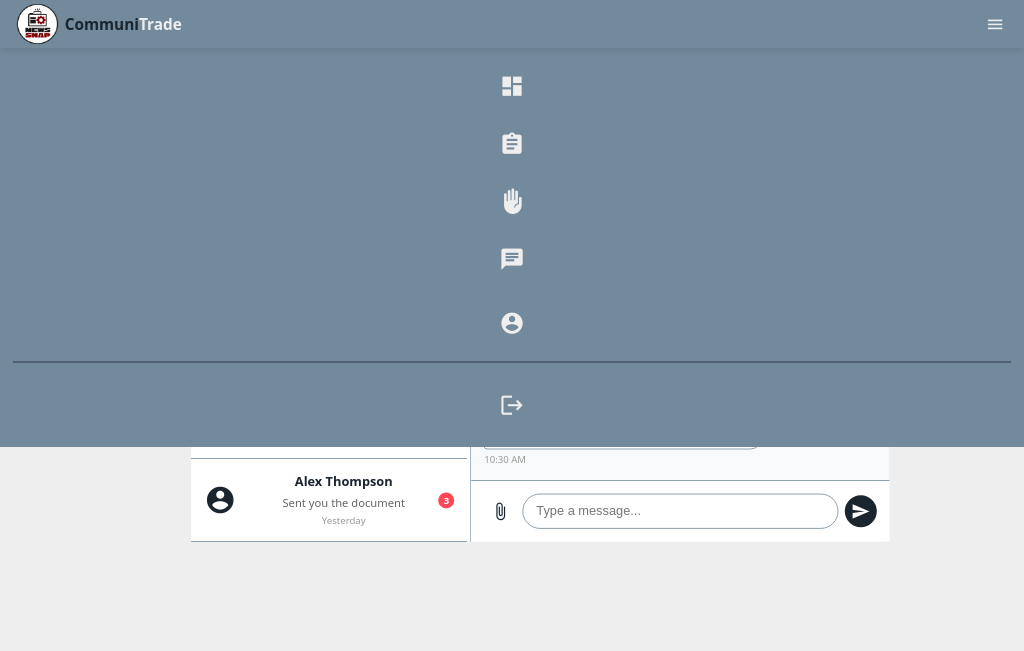
Repository: wholaanmo/news-snap
Page: /message
The author's editor kept a copy of each file at every save. The page is drawn from the files as they stood at one save, then again after the next save.
The browser window is 1280 px wide. The pictures show the whole page, at 80% of full size.
The project was rebuilt for these pictures with package versions that can differ from the ones it lists, and the page was loaded fresh each time. Also part of the build but not shown: src/components/AdminNavbar.vue, src/components/AdminSidebar.vue, src/layouts/AdminLayout.vue.

Above is the page before, as saved 2025-10-15 19:29:41.

### index.html
<!doctype html>
<html lang="en">
  <head>
    <meta charset="UTF-8" />
    <link rel="icon" type="image/svg+xml" href="/vite.svg" />
    <meta name="viewport" content="width=device-width, initial-scale=1.0" />
    <title>CommuniTrade</title>
    <link href="https://fonts.googleapis.com/css2?family=Material+Icons"
      rel="stylesheet">
    <link href="https://fonts.googleapis.com/css2?family=Roboto:wght@400;700&display=swap" rel="stylesheet">
    <link href="https://fonts.googleapis.com/css2?family=Inter:wght@400;600&display=swap" rel="stylesheet">
  </head>
  <body>
    <div id="app"></div>
    <script type="module" src="/src/main.js"></script>
  </body>
</html>

### src/App.vue
<template>
  <div class="app">
    <router-view />
  </div>
</template>

<script setup>
// No need for layout logic here anymore - it's handled by individual layouts
</script>

<style lang="css">
:root {
  --primary: #1a2530;
  --grey: #728a9c;
  --dark: #0F0E0E;
  --dark-alt: #37353E;
  --light: #EEEEEE;
  --sidebar-width: 230px;
}

* {
  margin: 0;
  padding: 0;
  box-sizing: border-box;
  scrollbar-width: thin;
  scrollbar-color: #728a9c #f0f0f0;
}

body {
  background: var(--light);
}

button {
  cursor: pointer;
  appearance: none;
  border: none;
  outline: none;
  background: none;
}

.app {
  min-height: 100vh;
}
</style>

### src/layouts/UserLayout.vue
<template>
    <div class="user-layout">
      <UserNavbar :toggle-sidebar="toggleSidebar" />
      <div class="layout-body">
        <UserSidebar :isOpen="sidebarOpen" @toggle="sidebarOpen = $event" />
        <main class="user-content" :class="sidebarOpen && 'sidebar-open'">
          <router-view />
        </main>
      </div>
    </div>
  </template>

  <script setup>
  import { ref } from 'vue'
  import UserNavbar from '@/components/Navbar.vue'
  import UserSidebar from '@/components/Sidebar.vue'

  const sidebarOpen = ref(false)

  const toggleSidebar = () => {
    sidebarOpen.value = !sidebarOpen.value
  }
  </script>

  <style scoped>
  .user-layout {
    min-height: 100vh;
  }

  .layout-body {
    display: flex;
    min-height: calc(100vh - 60px);
    margin-top: 30px; /* Account for navbar height */
  }

  .user-content {
    flex: 1 1 0;
    margin-left: calc(1.5rem + 32px);
    transition: margin-left 0.2s ease-out;
    padding: 2rem;
  }

  .user-content.sidebar-open {
    margin-left: var(--sidebar-width);
  }

  @media (max-width: 768px) {
    .user-content {
      margin-left: 0;
      padding: 1rem;
    }

    .user-content.sidebar-open {
      margin-left: 0;
    }
  }
  </style>

### src/views/message.vue
<template>
  <div class="message-page">
    <!-- Sidebar with conversation list -->
    <div class="conversation-sidebar" :class="{ 'sidebar-collapsed': !isSidebarExpanded }">
      <div class="sidebar-header">
        <h2>Messages</h2>
      </div>

      <div class="conversation-list">
        <div
          v-for="conversation in conversations"
          :key="conversation.id"
          class="conversation-item"
          :class="{ active: activeConversation?.id === conversation.id }"
          @click="selectConversation(conversation)"
        >
          <div class="avatar">
            <span class="material-icons">account_circle</span>
          </div>
          <div class="conversation-info">
            <div class="user-name">{{ conversation.userName }}</div>
            <div class="last-message">{{ conversation.lastMessage }}</div>
            <div class="timestamp">{{ conversation.timestamp }}</div>
          </div>
          <div v-if="conversation.unreadCount > 0" class="unread-badge">
            {{ conversation.unreadCount }}
          </div>
        </div>
      </div>
    </div>

    <!-- Main chat area -->
    <div class="chat-area">
      <div v-if="activeConversation" class="chat-container">
        <!-- Chat header -->
        <div class="chat-header">
          <div class="chat-user-info">
            <span class="material-icons">account_circle</span>
            <span class="user-name">{{ activeConversation.userName }}</span>
            <span class="status" :class="activeConversation.status">{{ activeConversation.status }}</span>
          </div>
        </div>

        <!-- Messages container -->
        <div class="messages-container" ref="messagesContainer">
          <div
            v-for="message in activeConversation.messages"
            :key="message.id"
            class="message"
            :class="message.sender"
          >
            <div class="message-content">
              <img
                v-if="message.type === 'image'"
                :src="message.content"
                alt="Sent image"
                class="message-image"
                @click="openImageModal(message.content)"
              />
              <span v-else>{{ message.content }}</span>
            </div>
            <div class="message-time">
              {{ message.time }}
            </div>
          </div>
        </div>

        <!-- Message input -->
        <div class="message-input-container">
          <div class="input-wrapper">
            <input
              ref="fileInput"
              type="file"
              accept="image/*"
              style="display: none"
              @change="handleImageUpload"
            />
            <button @click="triggerFileInput" class="attachment-button">
              <span class="material-icons">attach_file</span>
            </button>
            <input
              v-model="newMessage"
              type="text"
              placeholder="Type a message..."
              @keyup.enter="sendMessage"
              class="message-input"
            >
            <button @click="sendMessage" class="send-button">
              <span class="material-icons">send</span>
            </button>
          </div>
        </div>
      </div>

      <!-- Empty state when no conversation selected -->
      <div v-else class="no-conversation">
        <div class="empty-state">
          <span class="material-icons">chat</span>
          <h3>Select a conversation</h3>
          <p>Choose a conversation from the list to start messaging</p>
        </div>
      </div>
    </div>

    <!-- Image Modal -->
    <div v-if="selectedImage" class="image-modal" @click="closeImageModal">
      <div class="modal-content">
        <img :src="selectedImage" alt="Full size image" />
        <button class="close-modal" @click="closeImageModal">
          <span class="material-icons">close</span>
        </button>
      </div>
    </div>
  </div>
</template>

<script setup>
import { ref, onMounted, nextTick } from 'vue'

// Reactive data
const isSidebarExpanded = ref(true)
const activeConversation = ref(null)
const newMessage = ref('')
const messagesContainer = ref(null)
const fileInput = ref(null)
const selectedImage = ref(null)

// Sample conversations data
const conversations = ref([
  {
    id: 1,
    userName: 'John Doe',
    lastMessage: 'Thanks for the help!',
    timestamp: '10:30 AM',
    unreadCount: 2,
    status: 'online',
    messages: [
      { id: 1, content: 'Hi sah!', sender: 'them', time: '10:15 AM' },
      { id: 2, content: 'Uy musta my young stunna?', sender: 'me', time: '10:16 AM' },
      { id: 3, content: 'Need ko help sa project namin', sender: 'them', time: '10:20 AM' },
      { id: 4, content: 'Ay bounce na ko jan sah', sender: 'me', time: '10:25 AM' },
      { id: 5, content: 'Awit, makikita mo talaga kung sino sasama sa zero days mo', sender: 'them', time: '10:30 AM' }
    ]
  },
  {
    id: 2,
    userName: 'Sarah Wilson',
    lastMessage: 'See you tomorrow!',
    timestamp: 'Yesterday',
    unreadCount: 0,
    status: 'offline',
    messages: [
      { id: 1, content: 'Meeting tomorrow at 3 PM', sender: 'them', time: 'Yesterday' },
      { id: 2, content: 'Owkie dowkie', sender: 'me', time: 'Yesterday' }
    ]
  },
  {
    id: 3,
    userName: 'Mike Johnson',
    lastMessage: 'Tapos na po maem',
    timestamp: '12/15/2024',
    unreadCount: 1,
    status: 'online',
    messages: [
      { id: 1, content: 'The files you requested are ready for review', sender: 'them', time: '12/15/2024' }
    ]
  },
  {
    id: 4,
    userName: 'Emily Davis',
    lastMessage: 'Are we still meeting today?',
    timestamp: '11:45 AM',
    unreadCount: 0,
    status: 'online',
    messages: [
      { id: 1, content: 'Hey, are you available for a quick call?', sender: 'them', time: '11:30 AM' },
      { id: 2, content: 'Sure, what time works for you?', sender: 'me', time: '11:35 AM' }
    ]
  },
  {
    id: 5,
    userName: 'Alex Thompson',
    lastMessage: 'Sent you the document',
    timestamp: 'Yesterday',
    unreadCount: 3,
    status: 'online',
    messages: [
      { id: 1, content: 'Can you review this document when you have time?', sender: 'them', time: 'Yesterday' },
      { id: 2, content: 'Of course, send it over', sender: 'me', time: 'Yesterday' }
    ]
  },
  {
    id: 6,
    userName: 'Maria Garcia',
    lastMessage: 'Thanks for your help!',
    timestamp: '12/14/2024',
    unreadCount: 0,
    status: 'offline',
    messages: [
      { id: 1, content: 'I really appreciate your assistance with the project', sender: 'them', time: '12/14/2024' },
      { id: 2, content: 'Happy to help anytime!', sender: 'me', time: '12/14/2024' }
    ]
  },
  {
    id: 7,
    userName: 'David Chen',
    lastMessage: 'Lets catch up soon',
    timestamp: '12/13/2024',
    unreadCount: 1,
    status: 'online',
    messages: [
      { id: 1, content: 'Long time no see! How have you been?', sender: 'them', time: '12/13/2024' },
      { id: 2, content: 'Doing great! We should definitely meet up', sender: 'me', time: '12/13/2024' }
    ]
  },
  {
    id: 8,
    userName: 'Lisa Rodriguez',
    lastMessage: 'The package arrived',
    timestamp: '12/12/2024',
    unreadCount: 0,
    status: 'offline',
    messages: [
      { id: 1, content: 'Just wanted to let you know the package arrived safely', sender: 'them', time: '12/12/2024' },
      { id: 2, content: 'Great! Thanks for the update', sender: 'me', time: '12/12/2024' }
    ]
  },
  {
    id: 9,
    userName: 'Kevin Wilson',
    lastMessage: 'Check this out!',
    timestamp: '12/11/2024',
    unreadCount: 2,
    status: 'online',
    messages: [
      { id: 1, content: 'Found this interesting article you might like', sender: 'them', time: '12/11/2024' },
      { id: 2, content: 'Looks cool, Ill read it later', sender: 'me', time: '12/11/2024' }
    ]
  }
])

// Methods
const toggleSidebar = () => {
  isSidebarExpanded.value = !isSidebarExpanded.value
}

const selectConversation = (conversation) => {
  activeConversation.value = conversation
  // Mark as read when selected
  conversation.unreadCount = 0
  // Scroll to bottom of messages
  nextTick(() => {
    scrollToBottom()
  })
}

const sendMessage = () => {
  if (!newMessage.value.trim() || !activeConversation.value) return

  const newMsg = {
    id: Date.now(),
    content: newMessage.value,
    sender: 'me',
    time: new Date().toLocaleTimeString([], { hour: '2-digit', minute: '2-digit' })
  }

  activeConversation.value.messages.push(newMsg)
  activeConversation.value.lastMessage = newMessage.value
  activeConversation.value.timestamp = 'Just now'

  newMessage.value = ''

  // Scroll to bottom after sending
  nextTick(() => {
    scrollToBottom()
  })
}

const triggerFileInput = () => {
  fileInput.value.click()
}

const handleImageUpload = (event) => {
  const file = event.target.files[0]
  if (file && file.type.startsWith('image/')) {
    const reader = new FileReader()
    reader.onload = (e) => {
      const imageMsg = {
        id: Date.now(),
        content: e.target.result,
        sender: 'me',
        type: 'image',
        time: new Date().toLocaleTimeString([], { hour: '2-digit', minute: '2-digit' })
      }

      activeConversation.value.messages.push(imageMsg)
      activeConversation.value.lastMessage = 'Sent an image'
      activeConversation.value.timestamp = 'Just now'

      // Scroll to bottom after sending
      nextTick(() => {
        scrollToBottom()
      })
    }
    reader.readAsDataURL(file)
  }

  // Reset file input
  event.target.value = ''
}

const openImageModal = (imageSrc) => {
  selectedImage.value = imageSrc
}

const closeImageModal = () => {
  selectedImage.value = null
}

const scrollToBottom = () => {
  if (messagesContainer.value) {
    messagesContainer.value.scrollTop = messagesContainer.value.scrollHeight
  }
}

// Lifecycle
onMounted(() => {
  // Select first conversation by default
  if (conversations.value.length > 0) {
    selectConversation(conversations.value[0])
  }
})
</script>

<style scoped>
.message-page {
  display: flex;
  height: calc(90vh - 60px);
  margin-top: -5px;
  background-color: var(--light);
}

/* Conversation Sidebar Styles */
.conversation-sidebar {
  width: 350px;
  background-color: white;
  border-right: 1px solid var(--grey);
  display: flex;
  flex-direction: column;
  transition: width 0.3s ease;
  overflow: hidden;
}

.sidebar-collapsed {
  width: 60px;
}

.sidebar-header {
  display: flex;
  justify-content: space-between;
  align-items: center;
  padding: 1rem;
  border-bottom: 1px solid var(--grey);
  background-color: var(--grey);
}

.sidebar-header h2 {
  margin: 0;
  color: var(--primary);
  font-size: 1.5rem;
}

.toggle-sidebar {
  background: none;
  border: none;
  cursor: pointer;
  color: var(--primary);
  padding: 0.5rem;
  border-radius: 0.25rem;
}

.toggle-sidebar:hover {
  background-color: var(--light);
}

.conversation-list {
  flex: 1;
  overflow-y: auto;
  padding-right: 4px;
}

/* Custom scrollbar for conversation list */
.conversation-list::-webkit-scrollbar {
  width: 8px;
}

.conversation-list::-webkit-scrollbar-track {
  background: #f1f1f1;
  border-radius: 4px;
}

.conversation-list::-webkit-scrollbar-thumb {
  background: var(--primary);
  border-radius: 4px;
}

.conversation-list::-webkit-scrollbar-thumb:hover {
  background: var(--dark);
}

.conversation-item {
  display: flex;
  align-items: center;
  padding: 1rem;
  cursor: pointer;
  border-bottom: 1px solid var(--grey);
  transition: background-color 0.2s ease;
  position: relative;
}

.conversation-item:hover {
  background-color: var(--light);
}

.conversation-item.active {
  background-color: var(--primary);
  color: white;
}

.conversation-item.active .user-name,
.conversation-item.active .last-message,
.conversation-item.active .timestamp {
  color: white;
}

.avatar {
  margin-right: 1rem;
  flex-shrink: 0;
}

.avatar .material-icons {
  font-size: 2.5rem;
  color: var(--primary);
}

.conversation-item.active .avatar .material-icons {
  color: white;
}

.conversation-info {
  flex: 1;
  min-width: 0;
}

.user-name {
  font-weight: 600;
  margin-bottom: 0.25rem;
  color: var(--primary);
}

.last-message {
  font-size: 0.875rem;
  color: #666;
  white-space: nowrap;
  overflow: hidden;
  text-overflow: ellipsis;
}

.timestamp {
  font-size: 0.75rem;
  color: #999;
  margin-top: 0.25rem;
}

.unread-badge {
  background-color: #ff4757;
  color: white;
  border-radius: 50%;
  width: 20px;
  height: 20px;
  display: flex;
  align-items: center;
  justify-content: center;
  font-size: 0.75rem;
  font-weight: 600;
}

/* Chat Area Styles */
.chat-area {
  flex: 1;
  display: flex;
  flex-direction: column;
  background-color: white;
}

.chat-container {
  display: flex;
  flex-direction: column;
  height: 100%;
  width: 103%;
}

.chat-header {
  padding: 1rem;
  border-bottom: 1px solid var(--grey);
  background-color: white;
}

.chat-user-info {
  display: flex;
  align-items: center;
  gap: 0.5rem;
}

.chat-user-info .material-icons {
  font-size: 2rem;
  color: var(--primary);
}

.status {
  font-size: 0.875rem;
  padding: 0.25rem 0.5rem;
  border-radius: 1rem;
  text-transform: capitalize;
}

.status.online {
  background-color: #2ed573;
  color: white;
}

.status.offline {
  background-color: #747d8c;
  color: white;
}

.messages-container {
  flex: 1;
  padding: 1rem;
  overflow-y: auto;
  display: flex;
  flex-direction: column;
  gap: 1rem;
  background-color: #f8f9fa;
  padding-right: 8px;
}

/* Custom scrollbar for messages container */
.messages-container::-webkit-scrollbar {
  width: 6px;
}

.messages-container::-webkit-scrollbar-track {
  background: #e9ecef;
  border-radius: 3px;
}

.messages-container::-webkit-scrollbar-thumb {
  background: #adb5bd;
  border-radius: 3px;
}

.messages-container::-webkit-scrollbar-thumb:hover {
  background: #6c757d;
}

.message {
  display: flex;
  flex-direction: column;
  max-width: 70%;
}

.message.me {
  align-self: flex-end;
  align-items: flex-end;
}

.message.them {
  align-self: flex-start;
  align-items: flex-start;
}

.message-content {
  padding: 0.75rem 1rem;
  border-radius: 1rem;
  word-wrap: break-word;
}

.message.me .message-content {
  background-color: var(--primary);
  color: white;
  border-bottom-right-radius: 0.25rem;
}

.message.them .message-content {
  background-color: white;
  color: var(--primary);
  border: 1px solid var(--grey);
  border-bottom-left-radius: 0.25rem;
}

.message-image {
  max-width: 300px;
  max-height: 300px;
  border-radius: 0.5rem;
  cursor: pointer;
  transition: transform 0.2s ease;
}

.message-image:hover {
  transform: scale(1.02);
}

.message-time {
  font-size: 0.75rem;
  color: #999;
  margin-top: 0.25rem;
}

.message-input-container {
  padding: 1rem;
  border-top: 1px solid var(--grey);
  background-color: white;
}

.input-wrapper {
  display: flex;
  gap: 0.5rem;
  align-items: center;
}

.attachment-button {
  background: none;
  border: none;
  color: var(--primary);
  cursor: pointer;
  padding: 0.5rem;
  border-radius: 50%;
  transition: background-color 0.2s ease;
}

.attachment-button:hover {
  background-color: var(--light);
}

.message-input {
  flex: 1;
  padding: 0.75rem 1rem;
  border: 1px solid var(--grey);
  border-radius: 2rem;
  outline: none;
  font-size: 1rem;
}

.message-input:focus {
  border-color: var(--primary);
}

.send-button {
  background-color: var(--primary);
  color: white;
  border: none;
  border-radius: 50%;
  width: 40px;
  height: 40px;
  display: flex;
  align-items: center;
  justify-content: center;
  cursor: pointer;
  transition: background-color 0.2s ease;
}

.send-button:hover {
  background-color: var(--dark);
}

.no-conversation {
  flex: 1;
  display: flex;
  align-items: center;
  justify-content: center;
  background-color: #f8f9fa;
}

.empty-state {
  text-align: center;
  color: #666;
}

.empty-state .material-icons {
  font-size: 4rem;
  color: var(--grey);
  margin-bottom: 1rem;
}

/* Image Modal Styles */
.image-modal {
  position: fixed;
  top: 0;
  left: 0;
  width: 100%;
  height: 100%;
  background-color: rgba(0, 0, 0, 0.9);
  display: flex;
  align-items: center;
  justify-content: center;
  z-index: 1000;
}

.modal-content {
  position: relative;
  max-width: 90%;
  max-height: 90%;
}

.modal-content img {
  max-width: 100%;
  max-height: 90vh;
  border-radius: 0.5rem;
}

.close-modal {
  position: absolute;
  top: -40px;
  right: 0;
  background: none;
  border: none;
  color: white;
  font-size: 2rem;
  cursor: pointer;
  padding: 0.5rem;
}

/* Responsive Design */
@media (max-width: 768px) {
  .conversation-sidebar {
    position: absolute;
    left: 0;
    top: 0;
    height: 100%;
    z-index: 98;
    transform: translateX(0);
  }

  .sidebar-collapsed {
    transform: translateX(-100%);
  }

  .chat-area {
    width: 100%;
  }

  .message {
    max-width: 85%;
  }

  .message-image {
    max-width: 200px;
    max-height: 200px;
  }
}

/* Material Icons alignment fix */
.material-icons {
  vertical-align: bottom;
}
</style>

### src/components/Navbar.vue
<template>
  <nav class="navbar">
    <div class="navbar-content">
      <div class="navbar-left">
        <div class="logo-container">
          <img src="../assets/CommuniTrade.png" alt="CommuniTrade Logo" class="logo-img">
          <p class="logo-text">Communi<span class="logo-text1">Trade</span></p>
        </div>
      </div>

      <div class="navbar-right">
        <button class="hamburger-btn" @click="toggleSidebar">
          <span class="material-icons">menu</span>
        </button>
      </div>
    </div>
  </nav>
</template>

<script setup>
defineProps({
  toggleSidebar: Function
})
</script>

<style scoped>
.navbar {
  position: fixed;
  top: 0;
  left: 0;
  right: 0;
  height: 60px;
  background-color: var(--grey);
  color: var(--light);
  z-index: 98;
  box-shadow: 0 2px 10px rgba(0, 0, 0, 0.1);
}

.navbar-content {
  display: flex;
  align-items: center;
  justify-content: space-between;
  height: 100%;
  padding: 0 1rem;
}

.navbar-left {
  display: flex;
  align-items: center;
}

.navbar-right {
  display: flex;
  align-items: center;
}

.logo-container {
  display: flex;
  align-items: center;
  gap: 0.5rem;
}

.logo-img {
  width: 52px;
  height: 52px;
  object-fit: contain;
  margin-left: 0.3rem;
}

.logo-text1 {
  font-weight: bold;
  font-size: 1.2rem;
  color: var(--light);
}

.logo-text {
  font-weight: bold;
  font-size: 1.2rem;
  color: var(--primary);
}

.hamburger-btn {
  display: flex;
  align-items: center;
  justify-content: center;
  width: 40px;
  height: 40px;
  border-radius: 50%;
  transition: all 0.3s ease;
  color: var(--light);
}

.hamburger-btn:hover {
  color: var(--primary);
  transform: rotate(180deg);
}

/* Remove the media query that hides the logo text */
/* @media (max-width: 768px) {
  .logo-text {
    display: none;
  }
} */

/* Instead, adjust font size for very small screens */
@media (max-width: 480px) {
  .logo-text {
    font-size: 1rem;
  }

  .logo-img {
    width: 35px;
    height: 35px;
  }
}

@media (max-width: 360px) {
  .logo-text {
    font-size: 0.9rem;
  }
}
</style>

Loaded but not shown: src/style.css (common file); src/main.js (98 lines, source omitted); src/components/Sidebar.vue (236 lines, source omitted)

After the next save:
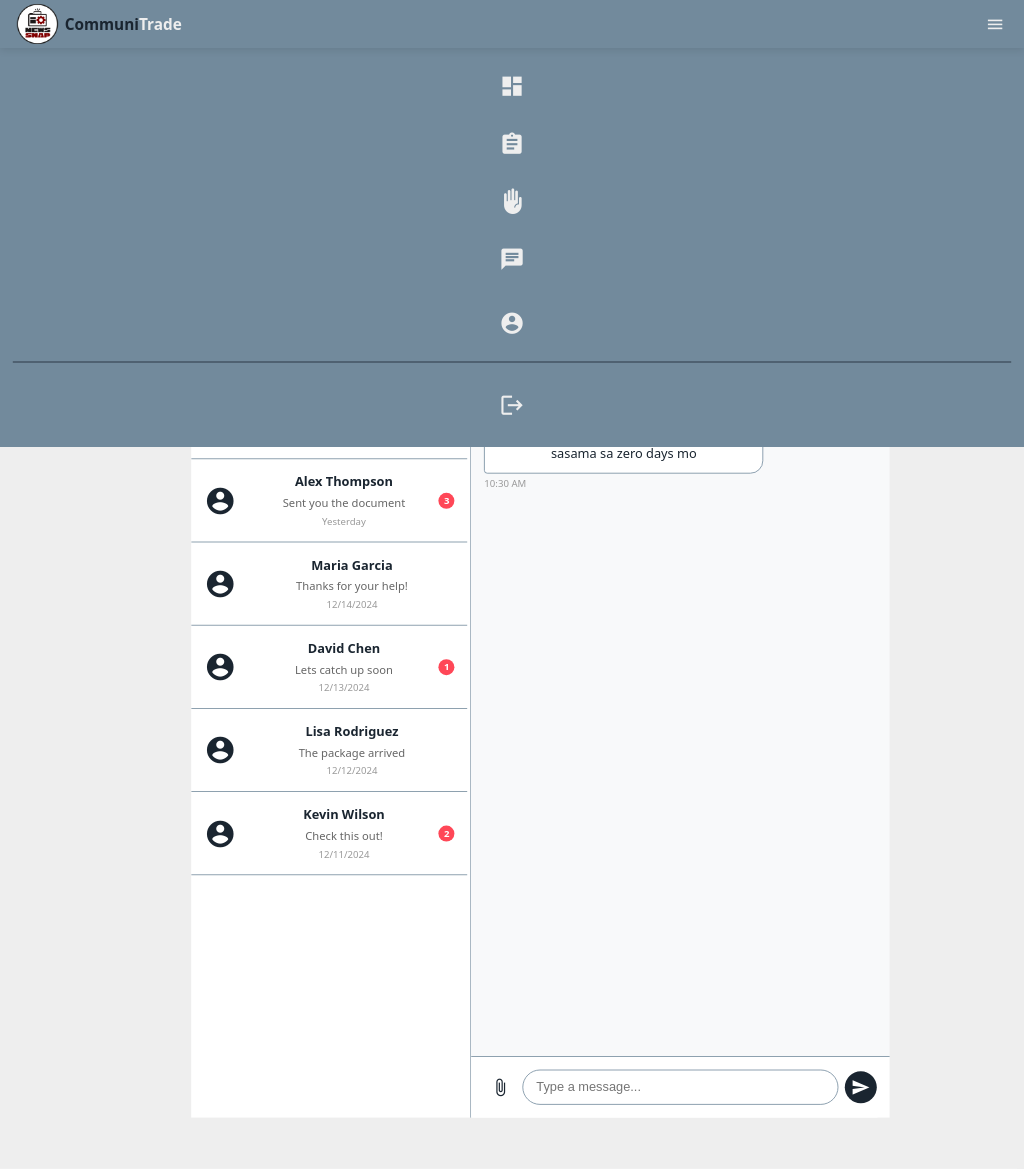
Saved 11 s later.
--- a/src/views/message.vue
+++ b/src/views/message.vue
@@ -335,7 +335,7 @@ onMounted(() => {
 <style scoped>
 .message-page {
   display: flex;
-  height: calc(90vh - 60px);
+  height: calc(190vh - 60px);
   margin-top: -5px;
   background-color: var(--light);
 }
